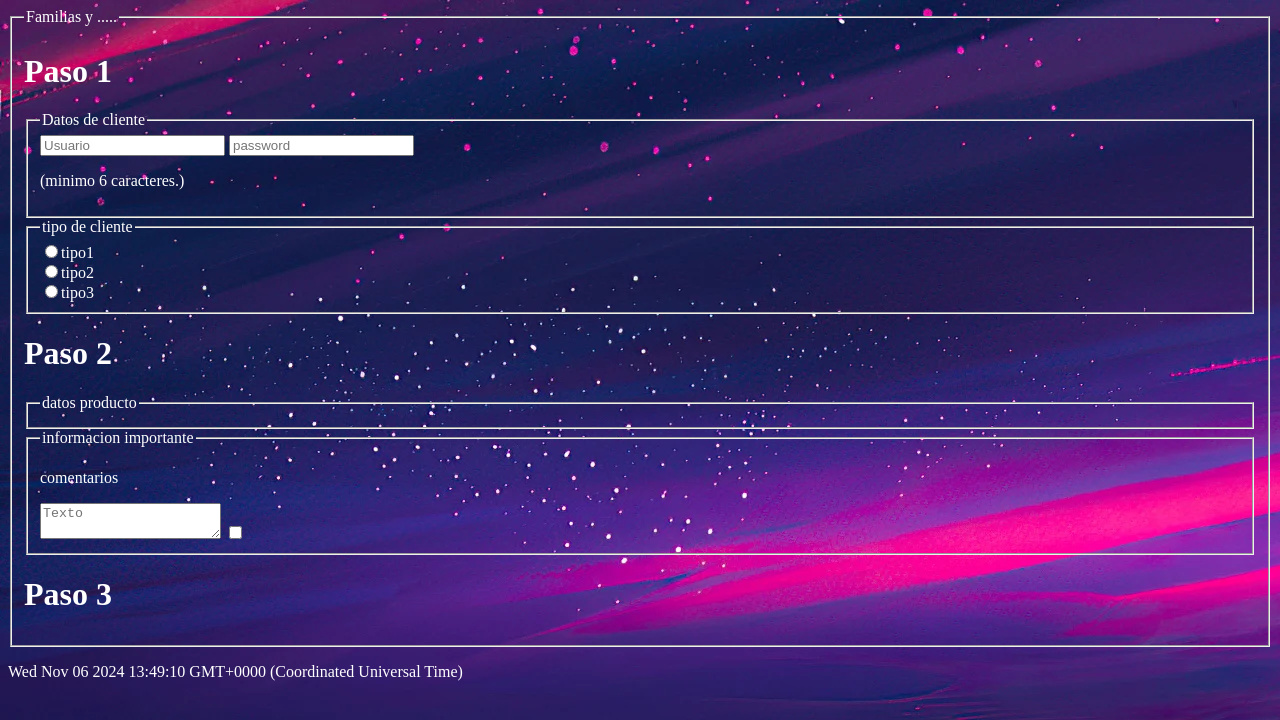
Repository: demoniers/clase
Page: lenguajes/html2/ej11/src/index.html
The author's editor kept a copy of each file at every save. The page is drawn from the files as they stood at one save, then again after the next save.
The browser window is 1280 px wide. The pictures show the whole page.

Above is the page before, as saved 2024-11-18 13:09:13.

After the next save:
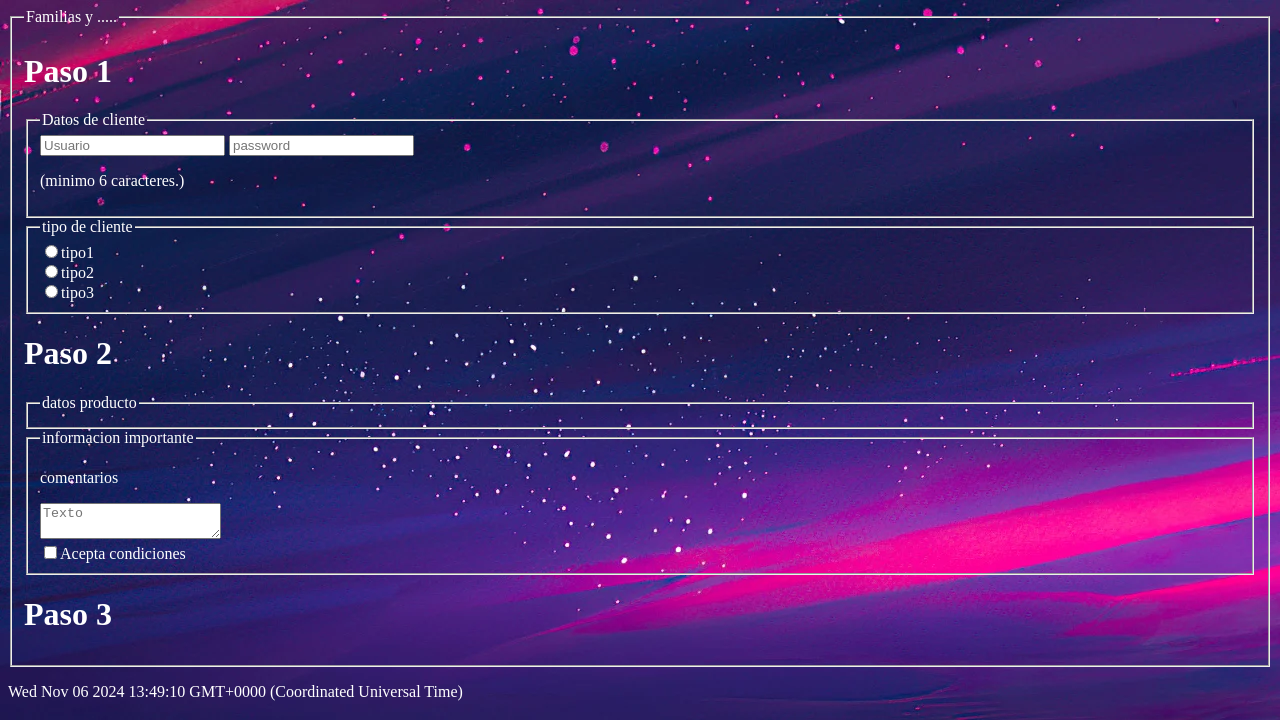
Saved 19 s later.
--- a/lenguajes/html2/ej11/src/index.html
+++ b/lenguajes/html2/ej11/src/index.html
@@ -34,8 +34,8 @@
         <fieldset class="50">
           <legend>informacion importante</legend>
           <p>comentarios</p>
-          <textarea name="text" id="text" placeholder="Texto"></textarea>
-          <input type="checkbox" name="checkbox" id="checkbox" value="acepta">
+          <textarea name="text" id="text" placeholder="Texto"></textarea><br>
+          <input type="checkbox" name="checkbox" id="checkbox" value="acepta">Acepta condiciones
         </fieldset>
         <h1>Paso 3</h1>
       </fieldset>
